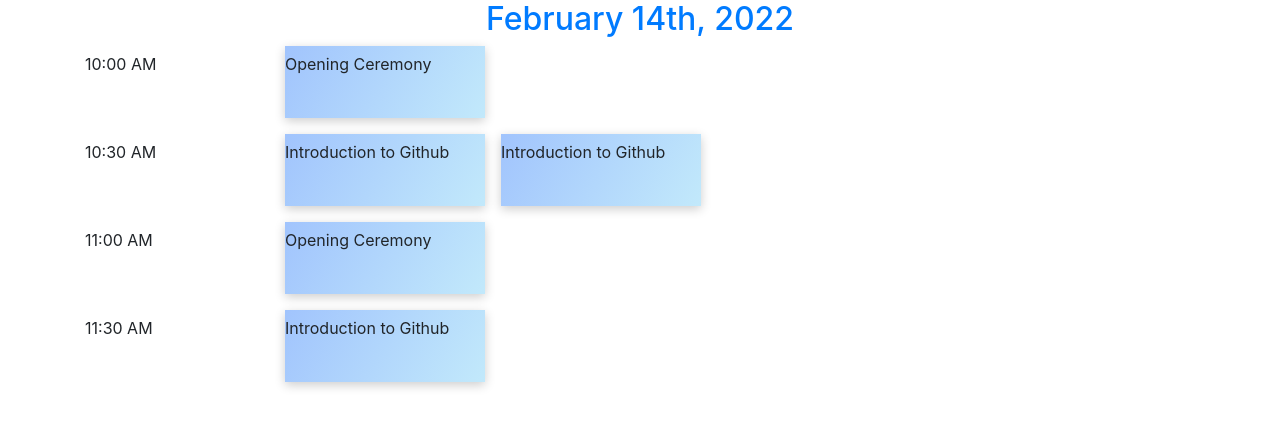
Repository: BaileyLuu/yuHacks2022
Page: public/schedule.html
An editor plug-in stored every save of this project. The page is shown before and after a run of saves, followed by the edit.
The browser window is 1280 px wide. The pictures show the whole page.
Some web libraries are served in a nearby version.

Above is the page before, as saved 2021-11-20 13:05:52.

After the next 2 saves:
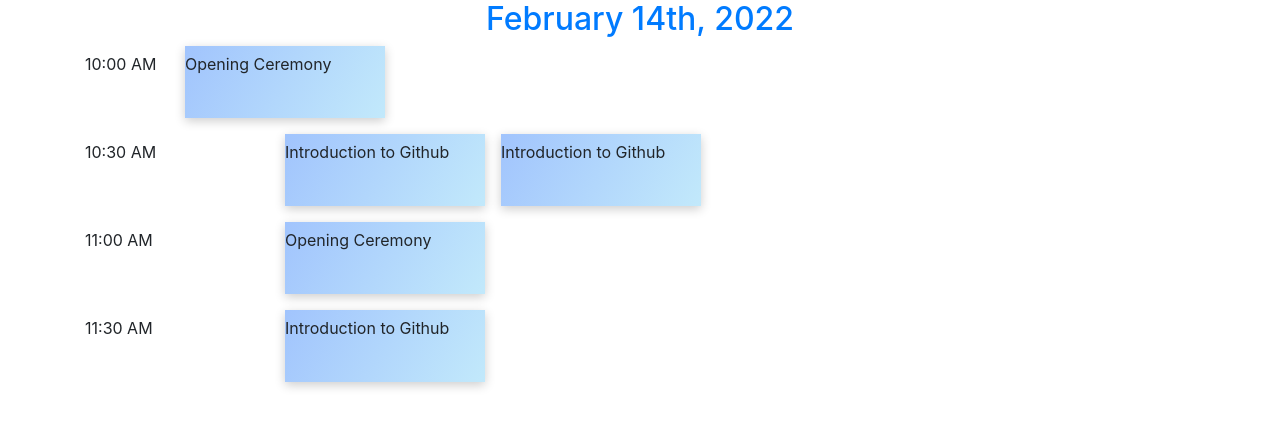
The 2 saves are shown as one change because they came seconds apart.
The last was saved 27 s later.
--- a/public/schedule.html
+++ b/public/schedule.html
@@ -66,7 +66,7 @@
 
 
                     <div class="box schedule-time mb-3">
-                        <div class="schedule-time">10:00 AM</div>
+                        <div class="schedule-time" style="width: 100px;">10:00 AM</div>
                         <div class="session-box schedule-time">Opening Ceremony</div>
 
                     </div>
